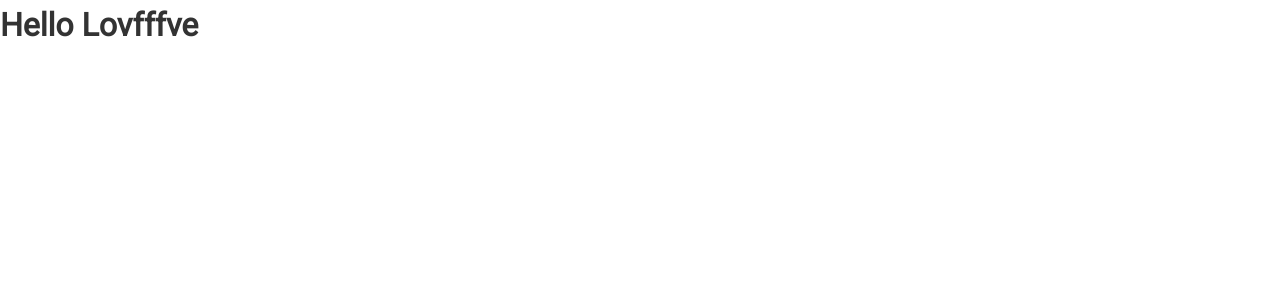
Repository: messimacky/github-finder
Page: /
An editor plug-in stored every save of this project. The page is shown before and after the next save, followed by the edit.
The browser window is 1280 px wide. The pictures show the whole page.
The project was rebuilt for these pictures with package versions that can differ from the ones it lists, and the page was loaded fresh each time.

Above is the page before, as saved 2022-02-20 16:55:29.

### public/index.html
<!DOCTYPE html>
<html lang="en">
  <head>
    <meta charset="utf-8" />
    <link rel="icon" href="%PUBLIC_URL%/favicon.ico" />
    <meta name="viewport" content="width=device-width, initial-scale=1" />
    <meta name="theme-color" content="#000000" />
    <meta
      name="description"
      content="Web site created using create-react-app"
    />
    <link rel="apple-touch-icon" href="%PUBLIC_URL%/logo192.png" />

    <link rel="manifest" href="%PUBLIC_URL%/manifest.json" />

    <title>React App</title>
  </head>
  <body>
    <noscript>You need to enable JavaScript to run this app.</noscript>
    <div id="root"></div>
  </body>
</html>

### src/App.js
import React, { Component, Fragment } from 'react';
import './App.css';

class App extends React.Component {

render(){
  const name = "Lovfffve";
  const loading=false;
  if(loading)
  {
    return <h4> Loading.....</h4>
  }
 return (
    <div className='App'>
    <h1> Hello {name}</h1>
    </div>
  );
}


}

export default App;

Loaded but not shown: src/index.js (common file); src/App.css (common file)

After the next save:
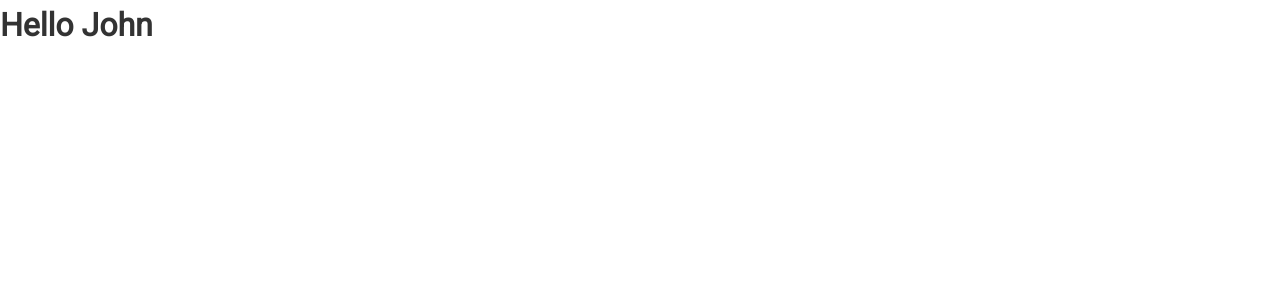
Saved 11 s later.
--- a/src/App.js
+++ b/src/App.js
@@ -4,7 +4,7 @@
 class App extends React.Component {
 
 render(){
-  const name = "Lovfffve";
+  const name = "John";
   const loading=false;
   if(loading)
   {
